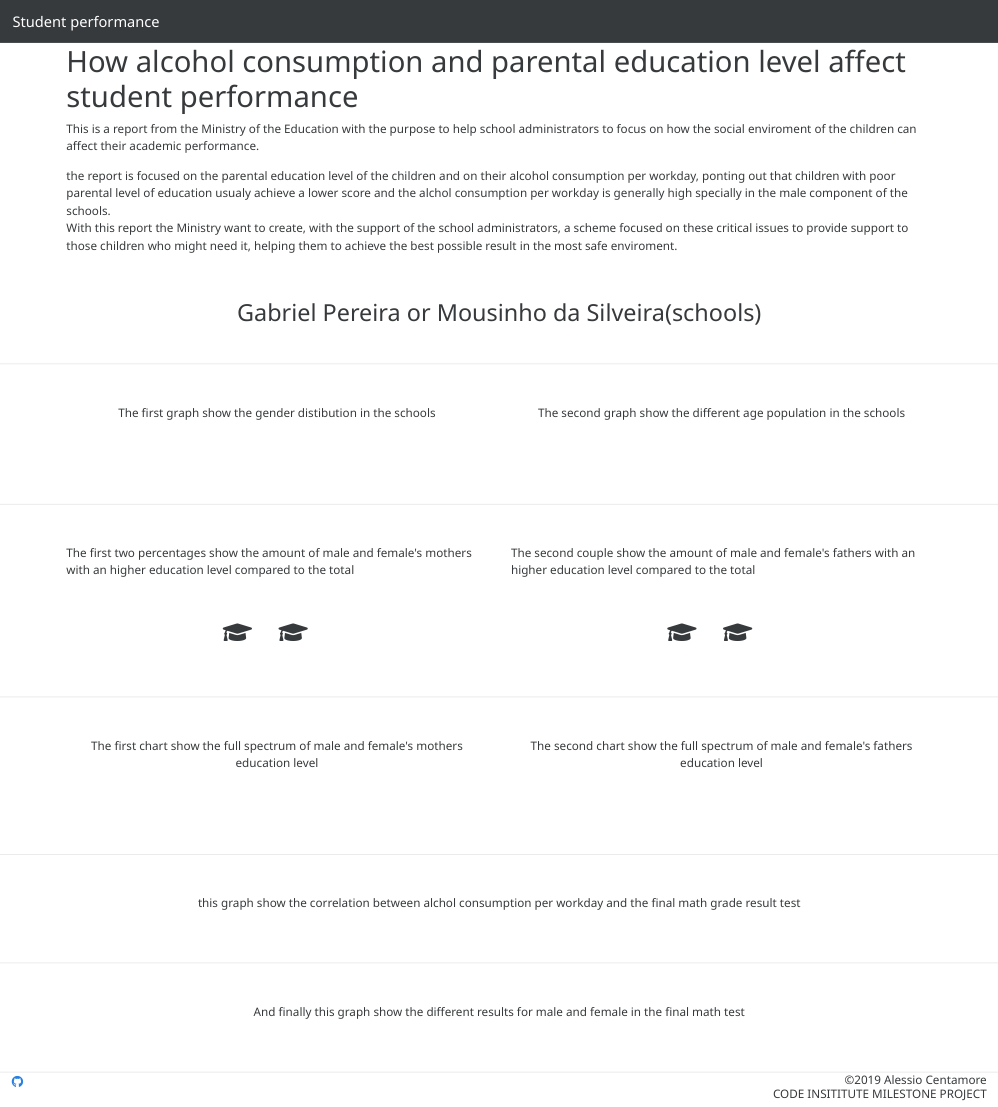
Repository: Baal89/second-milestone-project
Page: index.html
The author's editor kept a record of every edit. The page is drawn from the files as they stood at one moment, then again after the next edit.
The browser window is 1280 px wide. The pictures show the whole page, at 78% of full size.
Some web libraries are served in a nearby version.

Above is the page before.
Console error: ReferenceError: show_percent_higher_father_education is not defined

### index.html
<!DOCTYPE html>
<html lang="en">

<head>
    <meta charset="UTF-8">
    <meta name="viewport" content="width=device-width, initial-scale=1.0">
    <meta http-equiv="X-UA-Compatible" content="ie=edge">
    <title>Student Performance</title>

    <link rel="stylesheet" href="static/css/bootstrap.min.css" type="text/css" />
    <link rel="stylesheet" href="static/css/dc.min.css" type="text/css" />
    <link rel="stylesheet" type="text/css" href="https://cdnjs.cloudflare.com/ajax/libs/font-awesome/5.10.2/css/all.css">
    <link rel="stylesheet" href="static/css/style.css" type="text/css" />

    <script type="text/javascript" src="static/js/d3.min.js"></script>
    <script type="text/javascript" src="static/js/crossfilter.min.js"></script>
    <script type="text/javascript" src="static/js/dc.min.js"></script>
    <script type="text/javascript" src="static/js/queue.min.js"></script>
    <script type="text/javascript" src="static/js/graph.js"></script>
    <script type="text/javascript" src="static/js/script.js"></script>

</head>

<body>

    <nav class="navbar navbar-expand-lg navbar-dark bg-dark">
        <a class="navbar-brand" href="#">Student performance</a>
    </nav>

    <main>
        <article class="container">
            <header>
                <h1>How alcohol consumption and parental education level affect student performance</h1>
                <p>This is a report from the Ministry of the Education with the purpose to help school administrators to focus on how the social enviroment of the children can affect their academic performance.</p>
            </header>
            <p>the report is focused on the parental education level of the children and on their alcohol consumption per workday, ponting out that children with poor parental level of education usualy achieve a lower score and the alchol consumption per
                workday is generally high specially in the male component of the schools.<br> With this report the Ministry want to create, with the support of the school administrators, a scheme focused on these critical issues to provide support to
                those children who might need it, helping them to achieve the best possible result in the most safe enviroment.
            </p>
        </article>

        <section class="section">
            <div class="container">

                <div class="row">
                    <div class="col-12 col-md-12 text-center">
                        <h2>Gabriel Pereira or Mousinho da Silveira(schools)</h2>
                    </div>
                </div>
                <div class="row">
                    <div class="col-12 col-md-12 text-center" id="discipline-selector"></div>
                </div>
            </div>
        </section>


        <section class="section">
            <div class="container">

                <div class="row">
                    <div class="col-12 col-lg-6 text-center">
                        <p class="section-paragraph">The first graph show the gender distibution in the schools</p>
                    </div>
                    <div class="col-12 col-lg-6 text-center">
                        <p class="section-paragraph">The second graph show the different age population in the schools</p>
                    </div>
                </div>

                <div class="row">
                    <div class="col-12 col-lg-6 text-center custom-chart" id="sex-distribution"></div>
                    <div class="col-12 col-lg-6 text-center custom-chart" id="age-distribution"></div>
                </div>
            </div>
        </section>


        <section class="section">
            <div class="container">

                <div class="row">
                    <div class="col-12 col-lg-6">
                        <p class="section-paragraph">The first two percentages show the amount of male and female's mothers with an higher education level compared to the total</p>
                    </div>
                    <div class="col-12 col-lg-6">
                        <p class="section-paragraph">The second couple show the amount of male and female's fathers with an higher education level compared to the total</p>
                    </div>
                </div>
                <div class="row">
                    <div class="col-12 col-lg-6 text-center percentage">
                        <i class="fas fa-graduation-cap" aria-hidden="true"></i><span class="number-box" id="percentage-of-female-mother-higher-education"></span>
                        <i class="fas fa-graduation-cap" aria-hidden="true"></i><span class="number-box" id="percentage-of-male-mother-higher-education"></span>
                    </div>
                    <div class="col-12 col-lg-6 text-center percentage">
                        <i class="fas fa-graduation-cap" aria-hidden="true"></i><span class="number-box" id="percentage-of-female-father-higher-education"></span>
                        <i class="fas fa-graduation-cap" aria-hidden="true"></i><span class="number-box" id="percentage-of-male-father-higher-education"></span>
                    </div>
                </div>
            </div>
        </section>



        <section class="section">
            <div class="container">

                <div class="row">
                    <div class="col-12 col-lg-6 text-center">
                        <p class="section-paragraph">The first chart show the full spectrum of male and female's mothers education level</p>
                    </div>
                    <div class="col-12 col-lg-6 text-center">
                        <p class="section-paragraph">The second chart show the full spectrum of male and female's fathers education level</p>
                    </div>
                </div>
                <div class="row">
                    <div class="col-12 col-lg-6 text-center custom-chart" id="mother-education"></div>
                    <div class="col-12 col-lg-6 text-center custom-chart" id="father-education"></div>
                </div>
            </div>
        </section>


        <section class="section">
            <div class="container">

                <div class="row">
                    <div class="col-12 text-center">
                        <p class="section-paragraph">this graph show the correlation between alchol consumption per workday and the final math grade result test</p>
                    </div>
                </div>
                <div class="row">
                    <div class="col-12 text-center container-graph" id="workday-alcohol-graduation"></div>
                </div>
            </div>
        </section>


        <section class="section">
            <div class="container">

                <div class="row">
                    <div class="col-12 text-center">
                        <p class="section-paragraph">And finally this graph show the different results for male and female in the final math test</p>
                    </div>
                </div>
                <div class="row">
                    <div class="col-12 text-center container-graph" id="student-performance"></div>
                </div>
            </div>
        </section>

        <footer class="container-fluid">
            <div id="footer-details" class="row">
                <div class="col-sm-6">
                    <a target="_blank" href="https://github.com/Baal89/second-milestone-project"><i class="fab fa-github"></i></a>
                </div>
                <div class="col-sm-6">
                    <h6 class="inline-block text-right">
                        &copy;2019 Alessio Centamore <br/> CODE INSITITUTE MILESTONE PROJECT
                    </h6>
                </div>
            </div>
        </footer>
    </main>
</body>

</html>

### static/css/style.css

.section {
	border-bottom: 1px solid #e6e6e6;
	padding: 40px 0;
}

.number-box, .fas.fa-graduation-cap {
    font-size: 30px;
}

.number-box {
	margin-right: 30px;
}

.custom-chart {
    margin-bottom: 40px;
}

.percentage {
    padding: 20px;
}

.section-paragraph {
    padding: 10px 0;
}

### static/js/graph.js
queue()
    .defer(d3.csv, "data/student-mat.csv")
    .await(makeGraphs);

function makeGraphs(error, performanceData) {
    var ndx = crossfilter(performanceData);

    performanceData.forEach(function(d) {
        d.G3 = parseInt(d.G3);
    });

    show_discipline_selector(ndx);

    show_sex_distribution(ndx);
    show_age_distribution(ndx);
    show_mother_education(ndx);
    show_father_education(ndx);

    show_percent_higher_mother_education(ndx, "F", "#percentage-of-female-mother-higher-education");
    show_percent_higher_mother_education(ndx, "M", "#percentage-of-male-mother-higher-education");
    show_percent_higher_father_education(ndx, "F","#percentage-of-female-father-higher-education");
    show_percent_higher_father_education(ndx, "M","#percentage-of-male-father-higher-education");

    show_performance_to_workday_alcohol_cosumption(ndx);

    show_student_performance(ndx);

    dc.renderAll();
}

function show_discipline_selector(ndx) {
    var dim = ndx.dimension(dc.pluck("discipline"));
    var group = dim.group();

    dc.selectMenu("#discipline-selector")
        .dimension(dim)
        .group(group);
}

function show_sex_distribution(ndx) {
    var dim = ndx.dimension(dc.pluck("sex"));
    var group = dim.group();

    dc.barChart("#sex-distribution")
        .width(500)
        .height(300)
        .margins({ top: 10, right: 50, bottom: 30, left: 50 })
        .dimension(dim)
        .group(group)
        .transitionDuration(500)
        .x(d3.scale.ordinal())
        .xUnits(dc.units.ordinal)
        .elasticY(true)
        .xAxisLabel("gender in the schools")
        .yAxis().ticks(10);
}

function show_age_distribution(ndx) {
    var dim = ndx.dimension(dc.pluck("age"));
    var group = dim.group();

    dc.barChart("#age-distribution")
        .width(500)
        .height(300)
        .margins({ top: 10, right: 50, bottom: 30, left: 50 })
        .dimension(dim)
        .group(group)
        .transitionDuration(500)
        .x(d3.scale.ordinal())
        .xUnits(dc.units.ordinal)
        .elasticY(true)
        .xAxisLabel("age population in the schools")
        .yAxis().ticks(10);
}

function show_mother_education(ndx) {

    function motherEducation(dimension, Medu) {
        return dimension.group().reduce(
            function(p, v) {
                p.total++;
                if (v.Medu == Medu) {
                    p.match++;
                }
                return p;
            },
            function(p, v) {
                p.total--;
                if (v.Medu == Medu) {
                    p.match--;
                }
                return p;
            },
            function() {
                return { total: 0, match: 0 };
            }
        );

    }
    var dim = ndx.dimension(dc.pluck("sex"));
    var noneMotherEducation = motherEducation(dim, "0");
    var firstMotherEducation = motherEducation(dim, "1");
    var secondaryMotherEducation = motherEducation(dim, "2");
    var secondaryGradeMotherEducation = motherEducation(dim, "3");
    var higherMotherEducation = motherEducation(dim, "4");


    dc.barChart("#mother-education")
        .width(500)
        .height(300)
        .dimension(dim)
        .group(noneMotherEducation, "none")
        .stack(secondaryGradeMotherEducation, "primary")
        .stack(secondaryMotherEducation, "High School")
        .stack(firstMotherEducation, "College")
        .stack(higherMotherEducation, "higher")
        .valueAccessor(function(d) {
            if (d.value.total > 0) {
                return (d.value.match / d.value.total) * 100;
            }
            else {
                return 0;
            }
        })
        .x(d3.scale.ordinal())
        .xUnits(dc.units.ordinal)
        .xAxisLabel("Mother education level per gender")
        .legend(dc.legend().x(410).y(20).itemHeight(15).gap(5))
        .margins({ top: 10, right: 100, bottom: 50, left: 50 });
}

function show_father_education(ndx) {

    function fatherEducation(dimension, Fedu) {
        return dimension.group().reduce(
            function(p, v) {
                p.total++;
                if (v.Fedu == Fedu) {
                    p.match++;
                }
                return p;
            },
            function(p, v) {
                p.total--;
                if (v.Fedu == Fedu) {
                    p.match--;
                }
                return p;
            },
            function() {
                return { total: 0, match: 0 };
            }
        );

    }
    var dim = ndx.dimension(dc.pluck("sex"));
    var noneFatherEducation = fatherEducation(dim, "0");
    var firstFatherEducation = fatherEducation(dim, "1");
    var secondaryFatherEducation = fatherEducation(dim, "2");
    var secondaryGradeFatherEducation = fatherEducation(dim, "3");
    var higherFatherEducation = fatherEducation(dim, "4");


    dc.barChart("#father-education")
        .width(500)
        .height(300)
        .dimension(dim)
        .group(noneFatherEducation, "none")
        .stack(secondaryGradeFatherEducation, "primary")
        .stack(secondaryFatherEducation, "High School")
        .stack(firstFatherEducation, "College")
        .stack(higherFatherEducation, "higher")
        .valueAccessor(function(d) {
            if (d.value.total > 0) {
                return (d.value.match / d.value.total) * 100;
            }
            else {
                return 0;
            }
        })
        .x(d3.scale.ordinal())
        .xUnits(dc.units.ordinal)
        .xAxisLabel("father education level per gender")
        .legend(dc.legend().x(420).y(20).itemHeight(15).gap(5))
        .margins({ top: 10, right: 100, bottom: 50, left: 50 });
}

function show_percent_higher_mother_education(ndx, gender, element) {
    var percentageMotherHigherEducation = ndx.groupAll().reduce(
        function(p, v) {
            if (v.sex === gender) {
                p.count++;
                if(v.Fedu === "4") {
                    p.are_higher++;
                }
            }
            return p;
        },
        function(p, v) {
            if (v.sex === gender) {
                p.count--;
                if(v.Fedu === "4") {
                    p.are_higher--;
                }
            }
            return p;
        },
        function() {
            return {count: 0, are_higher: 0};
        },
    );
   dc.numberDisplay(element)
        .formatNumber(d3.format(".2%"))
        .valueAccessor(function (d) {
            if (d.count == 0) {
                return 0;
            } else {
                return (d.are_higher / d.count);
            }
        })
        .group(percentageMotherHigherEducation);
}

function show_performance_to_workday_alcohol_cosumption(ndx) {

    var genderColors = d3.scale.ordinal()
        .domain(["Female", "Male"])
        .range(["pink", "blue"]);

    var performanceDim = ndx.dimension(dc.pluck("G3"))
    var consumptionDim = ndx.dimension(function(d) {
        return [d.G3, d.Dalc, d.sex];
    });
    var workDayConsumptionGroup = consumptionDim.group();

    var minPerformance = performanceDim.bottom(1)[0].G3;
    var maxPerformance = performanceDim.top(1)[0].G3;

    dc.scatterPlot("#workday-alcohol-graduation")
        .width(800)
        .height(400)
        .x(d3.scale.linear().domain([minPerformance, maxPerformance]))
        .y(d3.scale.linear().domain([0, 10]))
        .brushOn(false)
        .symbolSize(8)
        .clipPadding(5)
        .xAxisLabel("")
        .title(function(d) {
            return "Work day Consumption: " + d.key[1] + " units";
        })
        .colors(genderColors)
        .colorAccessor(function(d) {
            return d.key[2];
        })
        .dimension(consumptionDim)
        .group(workDayConsumptionGroup)
        .xAxisLabel("final grade math results")
        .yAxisLabel("units of alchool per workday")
        .margins({ top: 10, right: 50, bottom: 75, left: 75 })
        .yAxis().ticks(5);
}


function show_student_performance(ndx) {

    function schoolPerformance(dimension, sex) {
        return dimension.group().reduce(
            function(p, v) {
                p.total++;
                if (v.sex == sex) {
                    p.match++;
                }
                return p;
            },
            function(p, v) {
                p.total--;
                if (v.sex == sex) {
                    p.match--;
                }
                return p;
            },
            function() {
                return { total: 0, match: 0 };
            }
        );
    }

    var dim = ndx.dimension(dc.pluck("G3"));
    var femalePerformance = schoolPerformance(dim, "F");
    var malePerformance = schoolPerformance(dim, "M");

    dc.barChart("#student-performance")
        .width(700)
        .height(300)
        .dimension(dim)
        .group(femalePerformance, "female")
        .stack(malePerformance, "male")
        .valueAccessor(function(d) {
            if (d.value.total > 0) {
                return (d.value.match / d.value.total) * 100;
            }
            else {
                return 0;
            }
        })
        .x(d3.scale.ordinal())
        .xUnits(dc.units.ordinal)
        .xAxisLabel("final grade math results")
        .legend(dc.legend().x(620).y(20).itemHeight(15).gap(5))
        .margins({ top: 10, right: 100, bottom: 50, left: 30 });
}

Loaded but not shown: static/css/bootstrap.min.css (library); static/css/dc.min.css (library); static/js/d3.min.js (library); static/js/crossfilter.min.js (library); static/js/dc.min.js (library); static/js/queue.min.js (common file); static/js/script.js (no copy from this time; the picture is the same without it)

After the next edit:
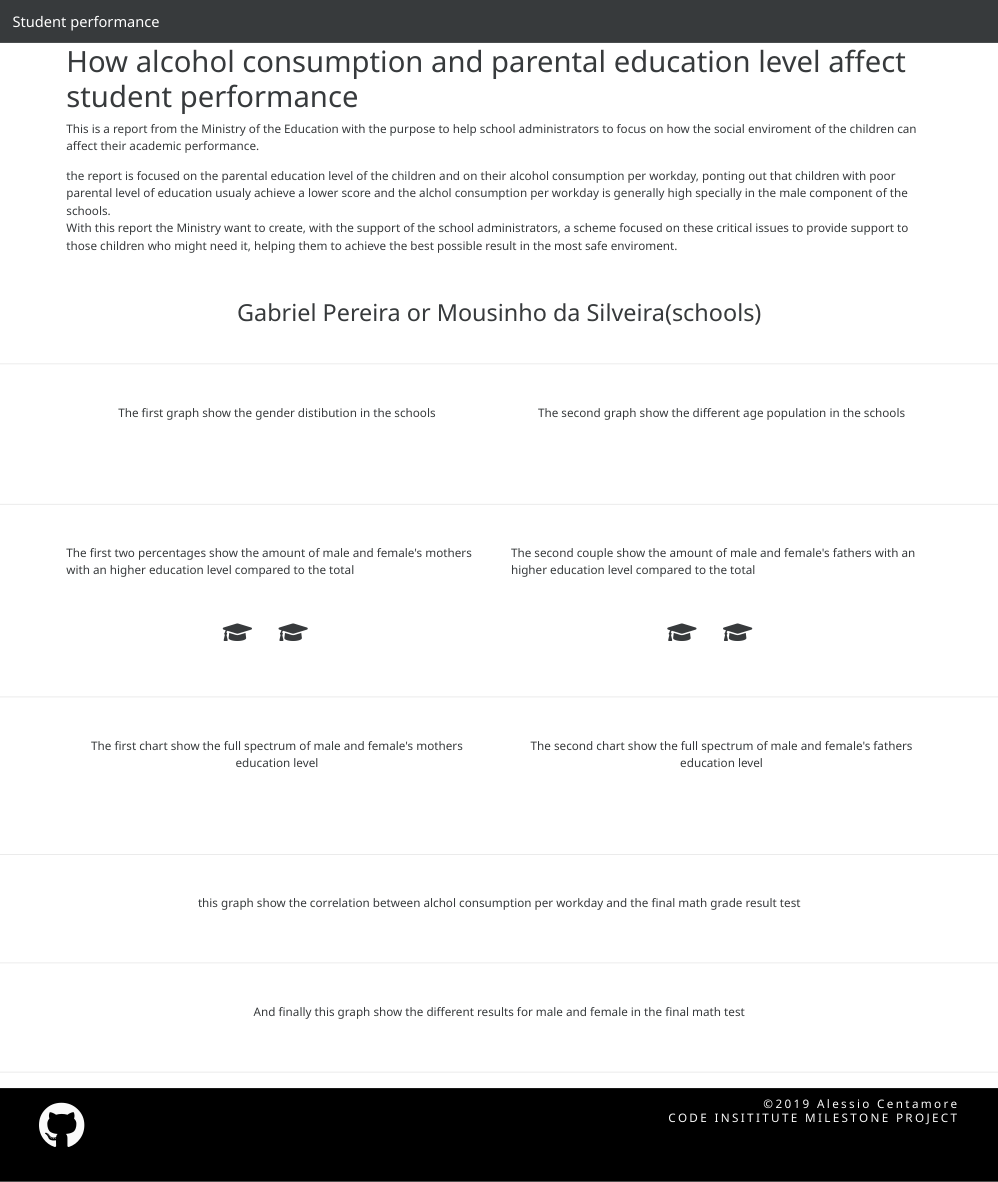
The edit:
--- a/static/css/style.css
+++ b/static/css/style.css
@@ -23,3 +23,31 @@
 .section-paragraph {
     padding: 10px 0;
 }
+
+footer{
+    background-color: #000000;
+    color: #fafafa;
+    min-height: 120px;
+    margin:0;
+
+}
+
+#footer-details{
+    margin:20px;
+    letter-spacing:0.2em;
+    padding-top: 10px;
+}
+#footer-details a i{
+    width: 50px;
+    height:50px;
+    padding:35px 0;
+    border-radius: 80%;
+    font-size: 60px;
+    line-height: 7px;
+    text-align: center;
+    color: #fafafa;
+    transition: all,0.35s ease-in-out;
+    -moz-transition: all,0.35s ease-in-out;
+    -webkit-transition: all,0.35s ease-in-out;
+    -o-transition: all,0.35s ease-in-out;
+}
